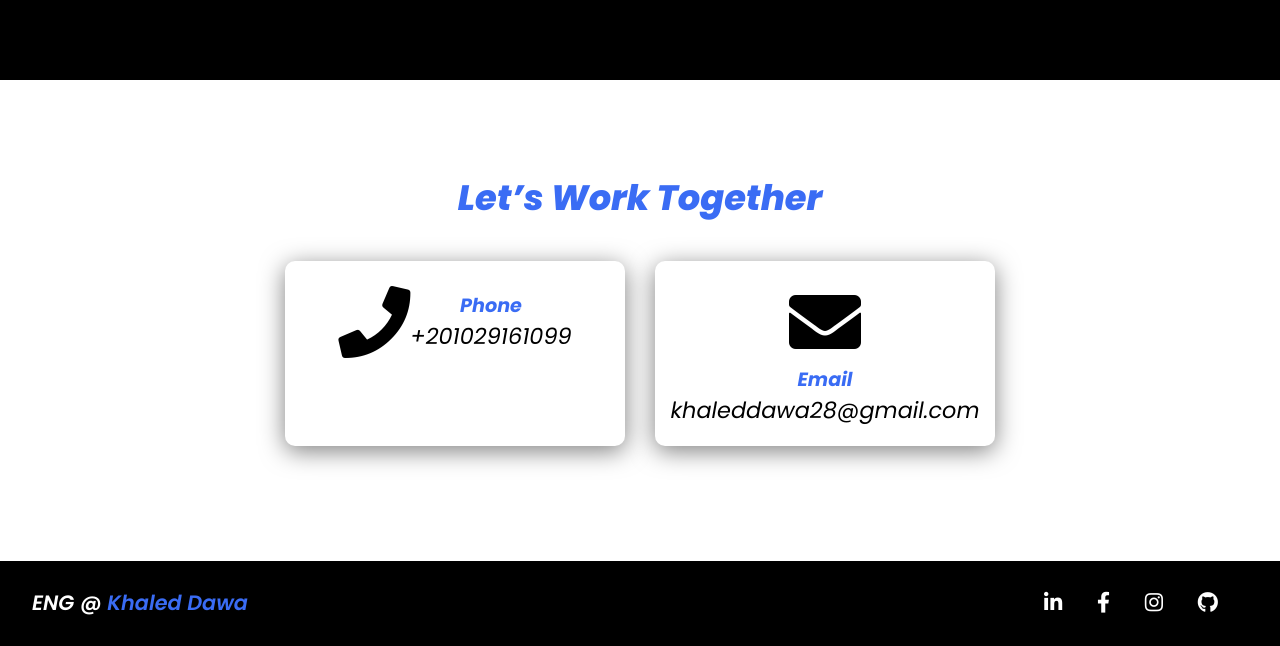
Repository: khaleddawa/My-Portfolio
Page: Index.html
The author's editor kept a copy of each file at every save. The page is drawn from the files as they stood at one save, then again after the next save.
The browser window is 1280 px wide. The pictures show the part of the page from y = 2594 to 3240 px (the page is 3240 px tall).
A picture or video elsewhere on the page could not be fetched, so the positions and the page height are approximate. Backgrounds fixed to the window are drawn as part of the page.

Above is the page before, as saved 2023-11-14 16:35:47.

After the next save:
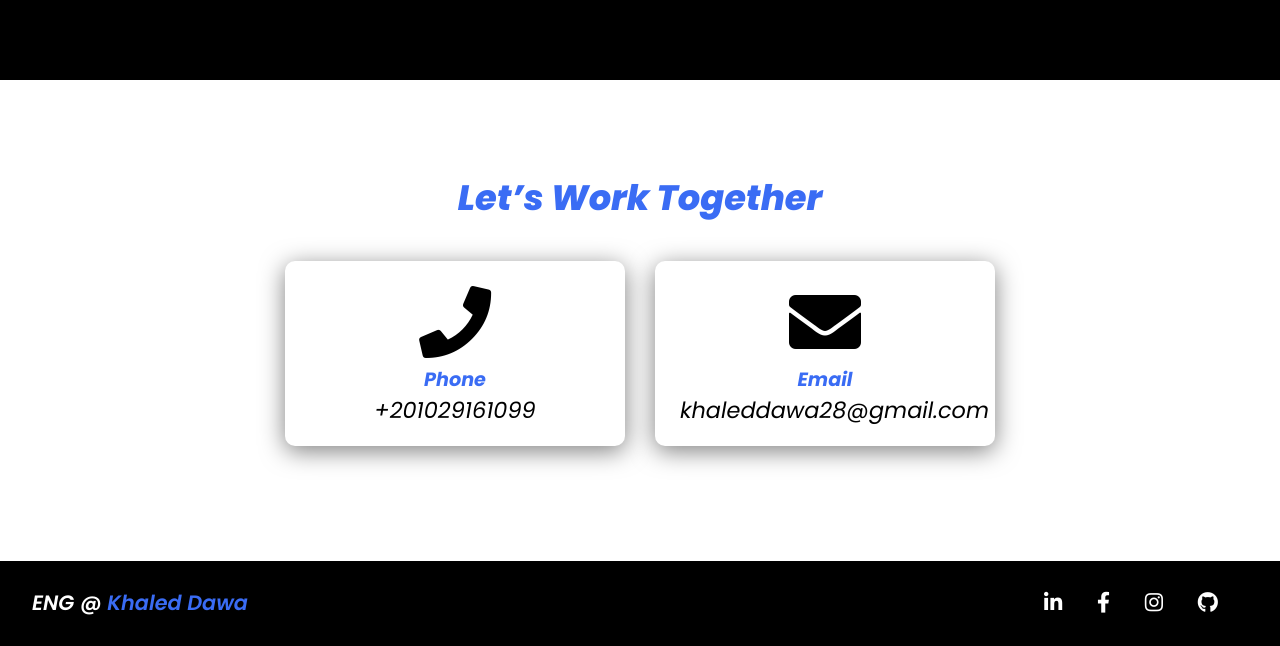
Saved 17 s later.
--- a/Style.css
+++ b/Style.css
@@ -124,10 +124,6 @@ section {
   width: 21.25em;
   box-shadow: 0 5px 25px rgba(1 1 1 /50%);
   border-radius: 10px;
-  display: flex;
-  justify-content: center;
-  flex-direction: row;
-  flex-wrap: wrap;
   padding: 25px;
   margin: 15px;
   transition: 0.7s ease;
